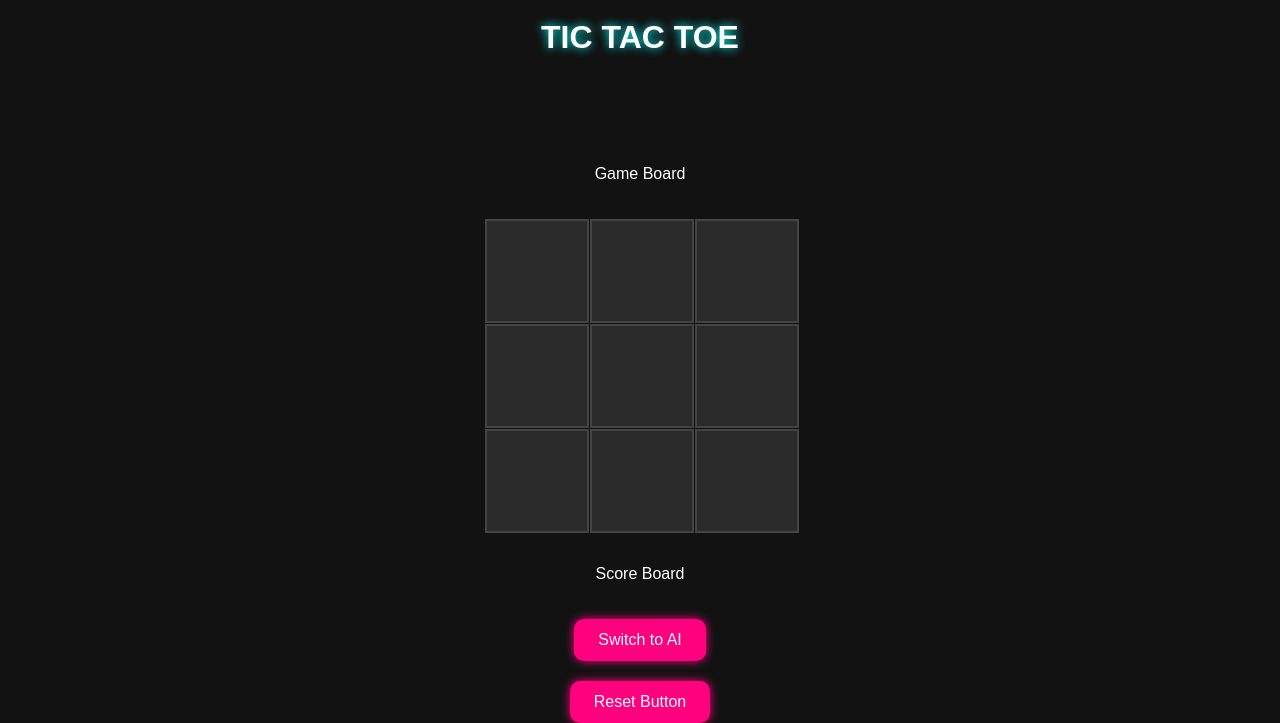
Repository: Yash19075/TicTacToe-game
Page: TicTacToe.html
The author's editor kept a copy of each file at every save. The page is drawn from the files as they stood at one save, then again after the next save.
The browser window is 1280 px wide. The pictures show the whole page.

Above is the page before, as saved 2025-03-09 11:03:55.

After the next save:
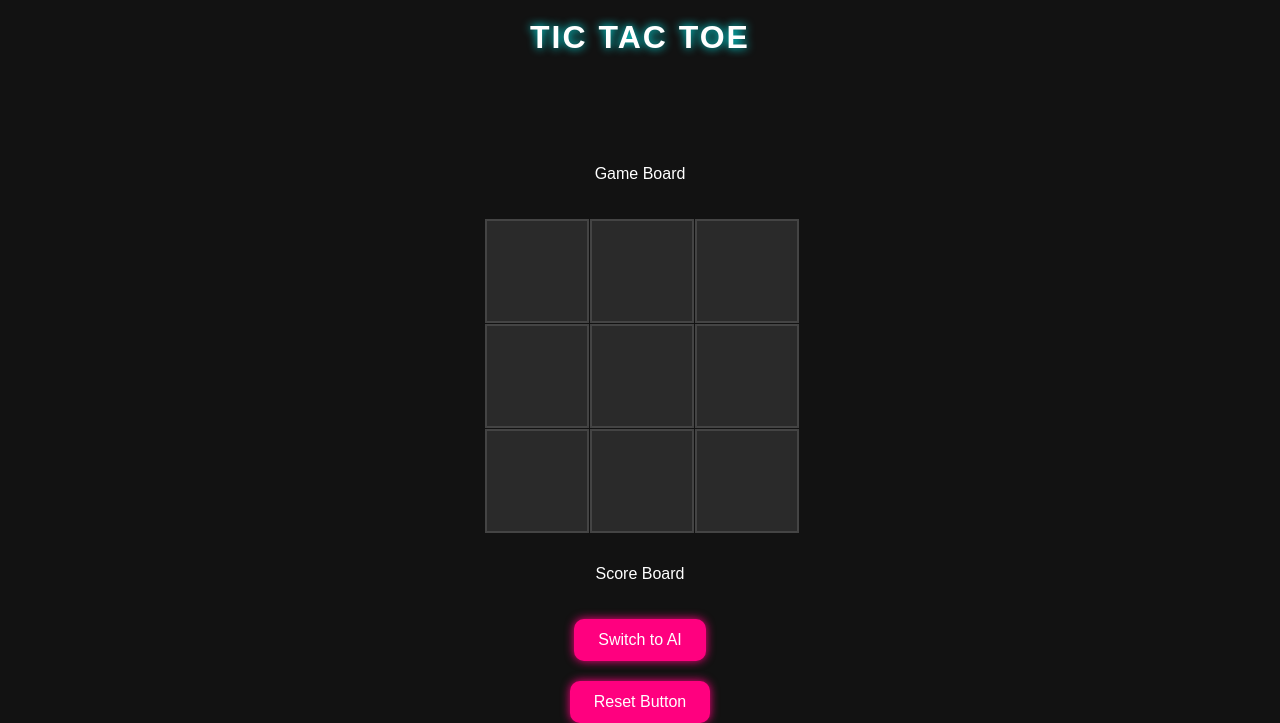
Saved 2 min 46 s later.
--- a/TicTacToe.css
+++ b/TicTacToe.css
@@ -14,9 +14,10 @@
 h1 {
     font-size: 32px;
     text-shadow: 0 0 10px #00ffff;
+    letter-spacing: 2px;
 }
 
-
+/* Tic-Tac-Toe Board */
 .css-board {
     display: grid;
     grid-template-columns: repeat(3, 100px);
@@ -24,7 +25,7 @@
     gap: 5px;
 }
 
-/* Game Board Cells */
+/* Game Cells */
 .css-board div {
     display: flex;
     justify-content: center;
@@ -37,7 +38,7 @@
     width: 100px;
     height: 100px;
     text-shadow: 0 0 10px #00ffff;
-    transition: background-color 0.3s ease-in-out, box-shadow 0.3s;
+    transition: background-color 0.3s ease-in-out, box-shadow 0.3s, transform 0.2s;
 }
 
 /* Hover effect on empty cells */
@@ -45,6 +46,21 @@
     background-color: #333;
     box-shadow: 0 0 10px #00ffff;
     cursor: pointer;
+}
+
+/* Winning Cell Highlight */
+.winning-cell {
+    background-color: #00ff00 !important; /* Neon green */
+    color: black !important;
+    text-shadow: 0 0 20px #00ff00;
+    box-shadow: 0 0 15px #00ff00;
+    transform: scale(1.1);
+}
+
+/* Disable Clicked Cells */
+.disabled {
+    pointer-events: none; /* Prevent further clicks */
+    opacity: 0.5;
 }
 
 /* Buttons */

After the save that followed:
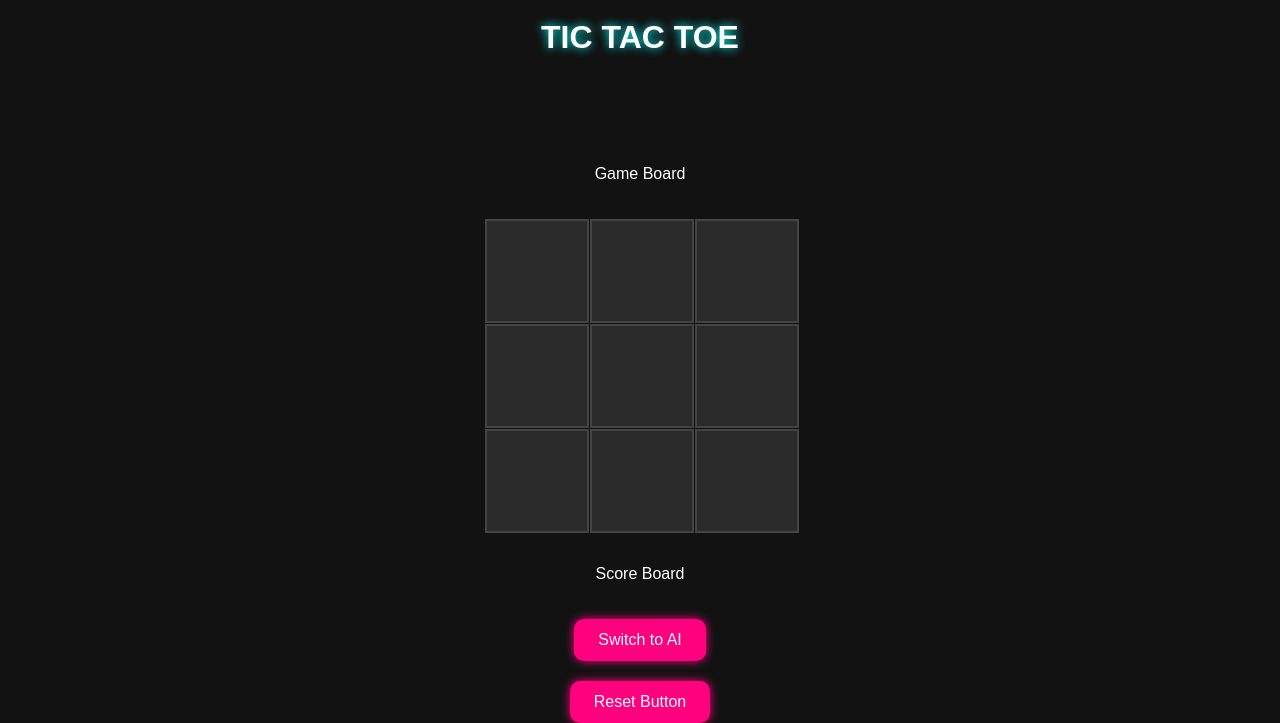
Saved 13 s later.
--- a/TicTacToe.css
+++ b/TicTacToe.css
@@ -14,10 +14,9 @@
 h1 {
     font-size: 32px;
     text-shadow: 0 0 10px #00ffff;
-    letter-spacing: 2px;
 }
 
-/* Tic-Tac-Toe Board */
+
 .css-board {
     display: grid;
     grid-template-columns: repeat(3, 100px);
@@ -25,7 +24,7 @@
     gap: 5px;
 }
 
-/* Game Cells */
+/* Game Board Cells */
 .css-board div {
     display: flex;
     justify-content: center;
@@ -38,7 +37,7 @@
     width: 100px;
     height: 100px;
     text-shadow: 0 0 10px #00ffff;
-    transition: background-color 0.3s ease-in-out, box-shadow 0.3s, transform 0.2s;
+    transition: background-color 0.3s ease-in-out, box-shadow 0.3s;
 }
 
 /* Hover effect on empty cells */
@@ -46,21 +45,6 @@
     background-color: #333;
     box-shadow: 0 0 10px #00ffff;
     cursor: pointer;
-}
-
-/* Winning Cell Highlight */
-.winning-cell {
-    background-color: #00ff00 !important; /* Neon green */
-    color: black !important;
-    text-shadow: 0 0 20px #00ff00;
-    box-shadow: 0 0 15px #00ff00;
-    transform: scale(1.1);
-}
-
-/* Disable Clicked Cells */
-.disabled {
-    pointer-events: none; /* Prevent further clicks */
-    opacity: 0.5;
 }
 
 /* Buttons */
